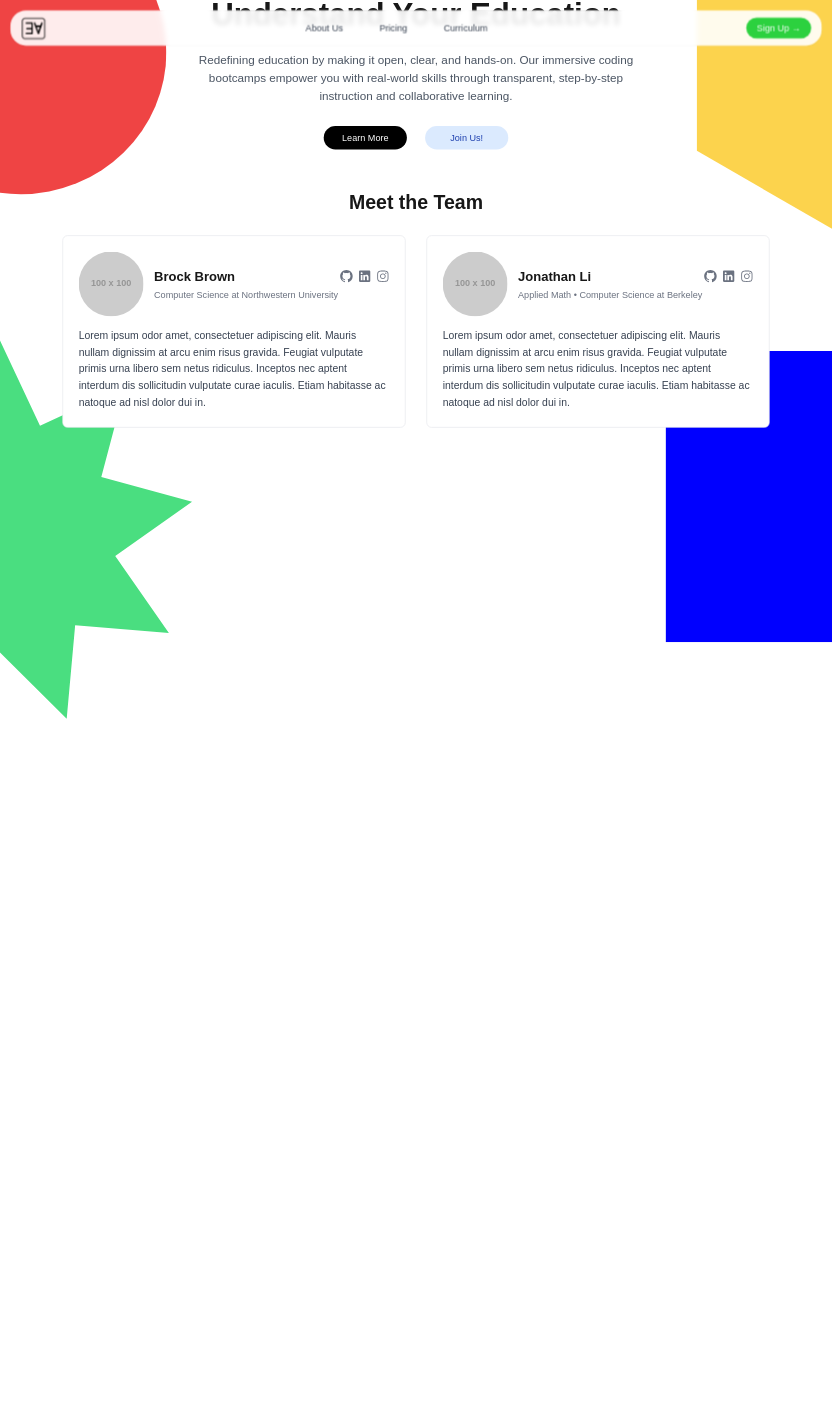
Repository: johnnyli-dev/bootcamp
Page: /
An editor plug-in stored every save of this project. The page is shown before and after the next save, followed by the edit.
The browser window is 1280 px wide. The pictures show the whole page, at 65% of full size.
The project was rebuilt for these pictures with package versions that can differ from the ones it lists, and the page was loaded fresh each time. The framework's server and built-in components were replaced by stand-ins that run in the browser. Also part of the build but not shown: next.config.ts.

Above is the page before, as saved 2025-02-22 16:16:32.

After the next save:
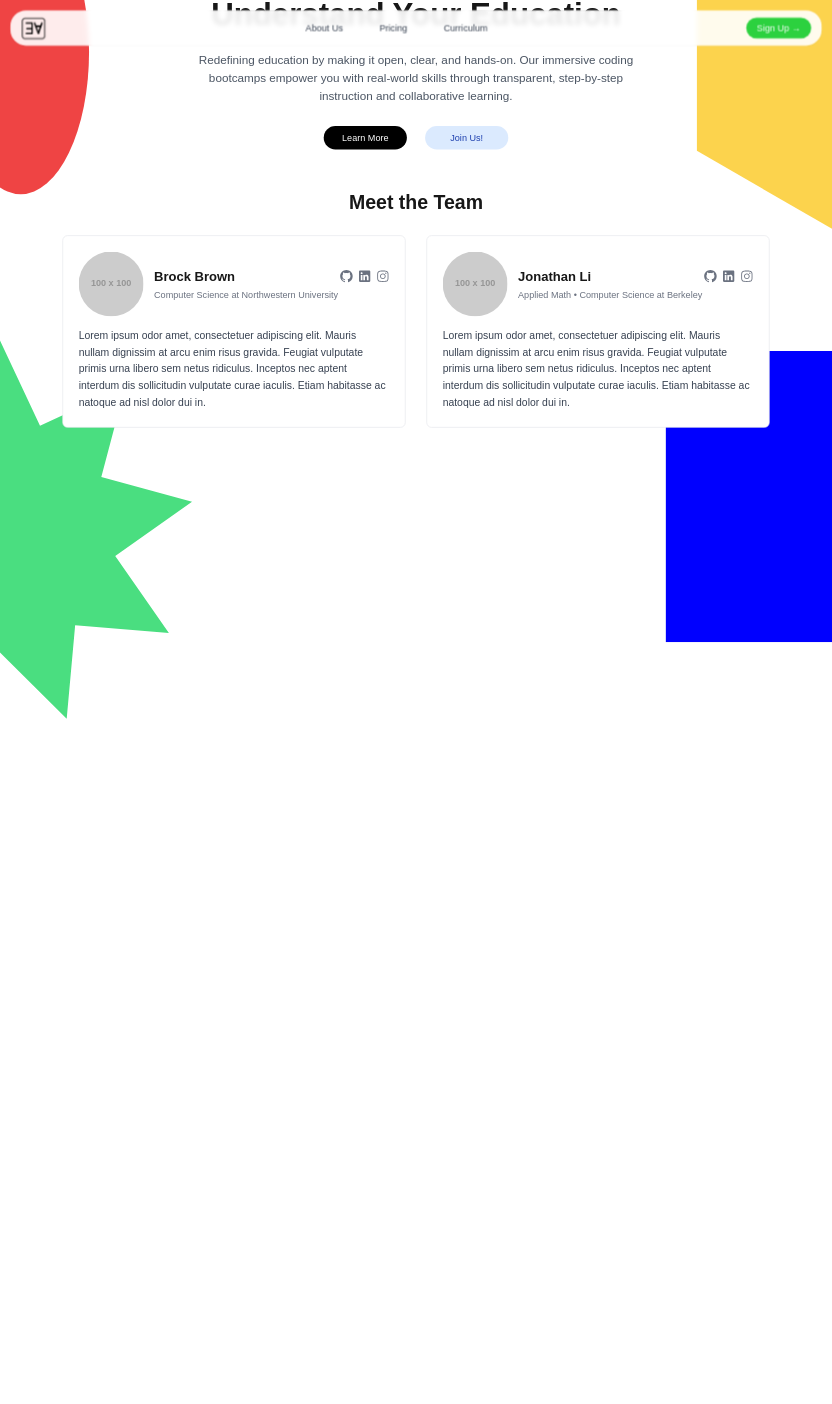
Saved 11 s later.
--- a/app/components/Shapes.tsx
+++ b/app/components/Shapes.tsx
@@ -13,7 +13,7 @@ export function RedCircle() {
 				MozTransform: `rotate(${rotation}deg)`,
 			}}
 		>
-			<ellipse cx="128" cy="128" rx="128" ry="125" fill="#EF4444" />
+			<ellipse cx="128" cy="128" rx="60" ry="125" fill="#EF4444" />
 		</svg>
 	);
 }
